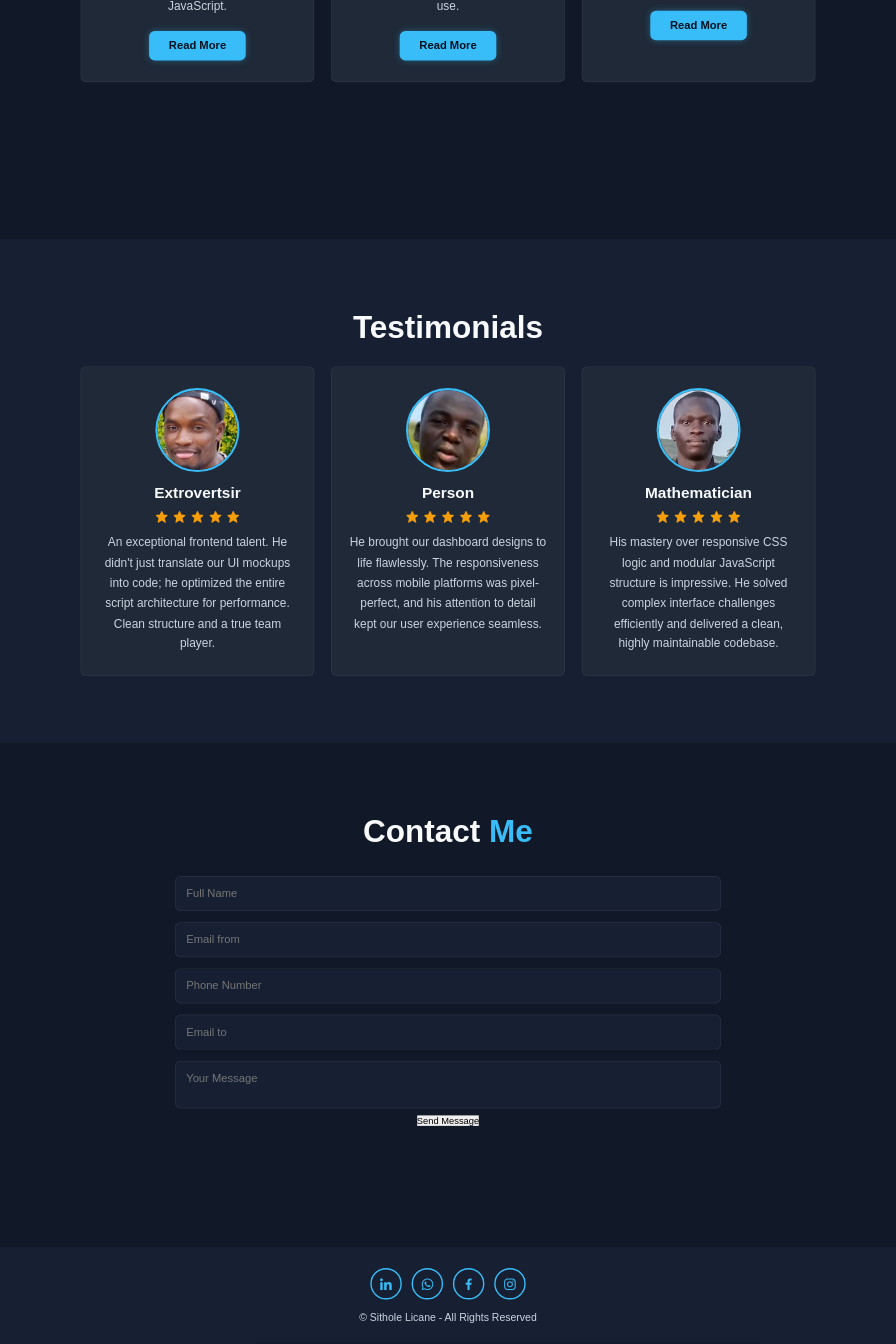
Repository: sitholelicane/myportfolio
Page: myweb.html
The author's editor kept a copy of each file at every save. The page is drawn from the files as they stood at one save, then again after the next save.
The browser window is 1280 px wide. The pictures show the part of the page from y = 1818 to 3738 px (the page is 3738 px tall), at 70% of full size.
Some web libraries are served in a nearby version.

Above is the page before, as saved 2026-05-17 00:58:10.

### myweb.html
<!DOCTYPE html>
<html lang="en">

<head>
    <meta charset="UTF-8">
    <meta name="viewport" content="width=device-width, initial-scale=1.0">
    <title>Sithole Licane - Portfolio</title>
    <link href="https://unpkg.com/boxicons@2.1.4/css/boxicons.min.css" rel="stylesheet">
    <link rel="stylesheet" href="style.css">
</head>

<body>
    <header class="header">
        <a href="#home" class="logo">Sithole <span>Licane</span></a>
        <i class="bx bx-menu" id="menu-icon"></i>

        <nav class="navbar">
            <a href="#home" class="active">Home</a>
            <a href="#about">About</a>
            <a href="#services">Services</a>
            <a href="#testimonial">Testimonial</a>
            <a href="#contact">Contact</a>
        </nav>
    </header>

    <section class="home" id="home">
        <div class="home-img">
            <img src="lee.jpeg" alt="Sithole Licane profile photo" onerror="this.style.display='none'">
        </div>

        <div class="home-content">
            <h3>Hello, Myself</h3>
            <h1>Sithole Licane</h1>
            <h3>And I'm a <span class="multiple-text"></span></h3>
            <p>I am a passionate developer dedicated to creating sleek, functional, and user-friendly web experiences. With a focus on modern design and clean code, I bring digital visions to life.</p>

            <div class="social-media">
                <a href="https://www.linkedin.com/in/licane-sithole" aria-label="LinkedIn"><i class="bx bxl-linkedin"></i></a>
                <a href="https://t.me/lemmarlyn" aria-label="Telegram"><i class="bx bxl-telegram"></i></a>
                <a href="https://www.facebook.com/profile.php?id=100095799840629" aria-label="Facebook"><i class="bx bxl-facebook"></i></a>
                <a href="https://www.instagram.com/lemmarlyn" aria-label="Instagram"><i class="bx bxl-instagram"></i></a>
                <a href="https://wa.me/263774661776" aria-label="WhatsApp"><i class="bx bxl-whatsapp"></i></a>
            </div>

            <a href="#" class="btn">Download CV</a>
        </div>
    </section>

    <section class="about" id="about">
        <div class="about-container">

    <div class="about-content">
        <h2>About <span>Me</span></h2>
        <h3>I'm a <span>Frontend Developer</span></h3>

        <p>
            I enjoy building clean, responsive websites that are simple to use and pleasant to look at.
            My goal is to keep improving my skills while helping people bring their ideas online.

            <span id="more-about" style="display: none;">
                <br><br>
                Currently pursuing my software development studies, I specialize in crafting interactive user interfaces with modern HTML, CSS layouts, and dynamic JavaScript logic. I'm also expanding my technical stack into full-stack architecture with PHP/MySQL and native mobile application engineering.
            </span>
        </p>

        <button id="btn-about" class="btn" onclick="toggleDetails('more-about', 'btn-about')">Read More</button>
    </div>
</div>

<script>
function toggleDetails(textId, buttonId) {
    var extraText = document.getElementById(textId);
    var clickedButton = document.getElementById(buttonId);

    if (extraText.style.display === "none") {
        extraText.style.display = "inline";     // Expands and shows info
        clickedButton.innerHTML = "Read Less";    // Updates button text
    } else {
        extraText.style.display = "none";       // Collapses and hides info
        clickedButton.innerHTML = "Read More";    // Resets button text
    }
}
</script>

        <div class="about-img">
            <img src="Profile1.jpeg" alt="About Sithole Licane" onerror="this.style.display='none'">
        </div>
    </section>

    <section class="services" id="services">
        <h2 class="heading">My <span>Services</span></h2>

        <div class="services-container">
           <div class="services-box">
    <i class="bx bx-code-alt"></i> <h3>Web Development</h3>
    <p>
        Building responsive, modern websites using HTML, CSS, and JavaScript.

        <span id="more-webdev" style="display: none;">
            <br><br>
            Creating production-ready web applications with clean architecture. Experienced in full-stack integration using PHP and MySQL database structures, front-end animations, semantic layouts, and optimizing platforms for speed across desktop and mobile devices.
        </span>
    </p>
    <button id="btn-webdev" class="btn" onclick="toggleDetails('more-webdev', 'btn-webdev')">Read More</button>
</div>

<div class="services-box">
    <i class="bx bx-palette"></i> <h3>UI/UX Design</h3>
    <p>
        Designing clean interfaces that are easy to understand and enjoyable to use.

        <span id="more-uiux" style="display: none;">
            <br><br>
            Focusing on user-centered design principles, wireframing, and building high-fidelity interactive prototypes. Specializing in visual hierarchy, accessibility standards, uniform color schemas, and translating complex user logic into clean, minimal user flows.
        </span>
    </p>
    <button id="btn-uiux" class="btn" onclick="toggleDetails('more-uiux', 'btn-uiux')">Read More</button>
</div>

<script>
function toggleDetails(textId, buttonId) {
    // 1. Target the specific elements passed by the button click
    var extraText = document.getElementById(textId);
    var clickedButton = document.getElementById(buttonId);

    // 2. Check visibility state and toggle accordingly
    if (extraText.style.display === "none") {
        extraText.style.display = "inline";     // Show info
        clickedButton.innerHTML = "Read Less";    // Change button text
    } else {
        extraText.style.display = "none";       // Hide info
        clickedButton.innerHTML = "Read More";    // Reset button text
    }
}
</script>

           <div class="services-box">
    <i class="bx bxl-android"></i>
    <h3>App Development</h3>

    <p>
        Creating simple app experiences with a focus on usability and performance.

        <span id="more-info" style="display: none;">
            <br><br>
            Specializing in building robust mobile applications using Java, Android Studio, and SQLite databases. Fully experienced in managing component lifecycles, optimizing background services, implementing responsive XML layouts, and handling local data storage effectively.
        </span>
    </p>

    <button id="read-more-btn" class="btn" onclick="toggleServiceDetails()">Read More</button>
</div>

<script>
function toggleServiceDetails() {
    var additionalText = document.getElementById("more-info");
    var buttonElement = document.getElementById("read-more-btn");

    if (additionalText.style.display === "none") {
        additionalText.style.display = "inline"; // Reveals the text
        buttonElement.innerHTML = "Read Less";    // Updates button text
    } else {
        additionalText.style.display = "none";   // Hides the text
        buttonElement.innerHTML = "Read More";   // Resets button text
    }
}
</script>
        </div>
    </section>

    <section class="testimonial" id="testimonial">
        <div class="testimonial-box">
            <h2 class="heading">Testimonials</h2>

            <div class="wrapper">
                <div class="testimonial-item">
                    <img src="extro.jpg" alt="Extrovertsir" onerror="this.style.display='none'">
                    <h2>Extrovertsir</h2>
                    <div class="rating" aria-label="5 star rating">
                        <i class="bx bxs-star"></i>
                        <i class="bx bxs-star"></i>
                        <i class="bx bxs-star"></i>
                        <i class="bx bxs-star"></i>
                        <i class="bx bxs-star"></i>
                    </div>
                    <p>An exceptional frontend talent. He didn't just translate our UI mockups into code; he optimized the entire script architecture for performance. Clean structure and a true team player.</p>
                </div>

                <div class="testimonial-item">
                    <img src="person.jpeg" alt="Person" onerror="this.style.display='none'">
                    <h2>Person</h2>
                    <div class="rating" aria-label="5 star rating">
                        <i class="bx bxs-star"></i>
                        <i class="bx bxs-star"></i>
                        <i class="bx bxs-star"></i>
                        <i class="bx bxs-star"></i>
                        <i class="bx bxs-star"></i>
                    </div>
                    <p>He brought our dashboard designs to life flawlessly. The responsiveness across mobile platforms was pixel-perfect, and his attention to detail kept our user experience seamless.</p>
                </div>

                <div class="testimonial-item">
                    <img src="jack.jpeg" alt="Mathematician" onerror="this.style.display='none'">
                    <h2>Mathematician</h2>
                    <div class="rating" aria-label="5 star rating">
                        <i class="bx bxs-star"></i>
                        <i class="bx bxs-star"></i>
                        <i class="bx bxs-star"></i>
                        <i class="bx bxs-star"></i>
                        <i class="bx bxs-star"></i>
                    </div>
                    <p>His mastery over responsive CSS logic and modular JavaScript structure is impressive. He solved complex interface challenges efficiently and delivered a clean, highly maintainable codebase.</p>
                </div>
            </div>
        </div>
    </section>

    <section class="contact" id="contact">
        <h2 class="heading">Contact <span>Me</span></h2>

    <form action="https://formspree.io/f/xaqkwekq" method="POST">

    <input type="text" name="name" placeholder="Full Name" required>
    <input type="email" name="email" placeholder="Email from" required>
    <input type="text" name="phone" placeholder="Phone Number">
    <input type="text" name="subject" placeholder="Email to">

    <textarea name="message" placeholder="Your Message" required></textarea>

    <button type="submit">Send Message</button>
</form>
    </section>

    <footer class="footer">
        <div class="social">
            <a href="https://www.linkedin.com/in/licane-sithole" aria-label="LinkedIn"><i class="bx bxl-linkedin"></i></a>
            <a href="https://wa.me/263774661776" aria-label="WhatsApp"><i class="bx bxl-whatsapp"></i></a>
            <a href="https://www.facebook.com/profile.php?id=100095799840629" aria-label="Facebook"><i class="bx bxl-facebook"></i></a>
            <a href="https://www.instagram.com/lemmarlyn" aria-label="Instagram"><i class="bx bxl-instagram"></i></a>
        </div>
        <p class="copyright">&copy; Sithole Licane - All Rights Reserved</p>
    </footer>

    <script src="https://unpkg.com/typed.js@2.1.0/dist/typed.umd.js"></script>
    <script src="script.js"></script>
</body>

</html>

### style.css
* {
    box-sizing: border-box;
    margin: 0;
    padding: 0;
    scroll-behavior: smooth;
    text-decoration: none;
    border: none;
    outline: none;
    font-family: Arial, Helvetica, sans-serif;
}

:root {
    --bg-color: #111827;
    --second-bg-color: #172033;
    --text-color: #f8fafc;
    --main-color: #38bdf8;
    --accent-color: #f59e0b;
    --muted-color: #cbd5e1;
    --card-color: #1f2937;
}

html {
    font-size: 62.5%;
    overflow-x: hidden;
}

body {
    background: var(--bg-color);
    color: var(--text-color);
}

section {
    min-height: 100vh;
    padding: 10rem 9% 5rem;
}

.header {
    align-items: center;
    background: rgba(17, 24, 39, 0.94);
    display: flex;
    justify-content: space-between;
    left: 0;
    padding: 2rem 9%;
    position: fixed;
    top: 0;
    width: 100%;
    z-index: 100;
}

.logo {
    color: var(--text-color);
    cursor: default;
    font-size: 2.6rem;
    font-weight: 700;
}

span,
.logo span {
    color: var(--main-color);
}

.navbar a {
    color: var(--text-color);
    font-size: 1.7rem;
    font-weight: 600;
    margin-left: 3.5rem;
    transition: 0.3s ease;
}

.navbar a:hover,
.navbar a.active {
    color: var(--main-color);
}

#menu-icon {
    color: var(--text-color);
    cursor: pointer;
    display: none;
    font-size: 3.6rem;
}

.home {
    align-items: center;
    display: flex;
    gap: 6rem;
    justify-content: center;
}

.home-img,
.about-img {
    align-items: center;
    aspect-ratio: 1;
    background: linear-gradient(135deg, var(--main-color), var(--accent-color));
    border-radius: 50%;
    display: flex;
    flex: 0 0 34rem;
    justify-content: center;
    max-width: 34rem;
    overflow: hidden;
}

.home-img img,
.about-img img,
.testimonial-item img {
    height: 100%;
    object-fit: cover;
    width: 100%;
}

.home-img img[src],
.about-img img[src],
.testimonial-item img[src] {
    background: var(--card-color);
}

.home-content {
    max-width: 68rem;
}

.home-content h3 {
    font-size: 3.2rem;
    font-weight: 700;
}

.home-content h1 {
    font-size: 5.6rem;
    font-weight: 700;
    line-height: 1.15;
}

.home-content p,
.about-content p,
.services-box p,
.testimonial-item p {
    color: var(--muted-color);
    font-size: 1.7rem;
    line-height: 1.7;
}

.social-media {
    display: flex;
    flex-wrap: wrap;
    gap: 1.4rem;
    margin: 3rem 0;
}

.social-media a,
.social a {
    align-items: center;
    border: 0.2rem solid var(--main-color);
    border-radius: 50%;
    color: var(--main-color);
    display: inline-flex;
    font-size: 2.2rem;
    height: 4.5rem;
    justify-content: center;
    transition: 0.3s ease;
    width: 4.5rem;
}

.social-media a:hover,
.social a:hover {
    background: var(--main-color);
    color: var(--bg-color);
    transform: translateY(-0.4rem);
}

.btn {
    background: var(--main-color);
    border-radius: 0.8rem;
    box-shadow: 0 0 1rem rgba(56, 189, 248, 0.35);
    color: #06111f;
    display: inline-block;
    font-size: 1.6rem;
    font-weight: 700;
    letter-spacing: 0;
    padding: 1.2rem 2.8rem;
    transition: 0.3s ease;
}

.btn:hover {
    background: var(--accent-color);
    box-shadow: 0 0 1.5rem rgba(245, 158, 11, 0.38);
    transform: translateY(-0.2rem);
}

.about {
    align-items: center;
    background: var(--second-bg-color);
    display: flex;
    flex-direction: row-reverse;
    gap: 6rem;
    justify-content: center;
}

.heading {
    font-size: 4.5rem;
    margin-bottom: 3rem;
    text-align: center;
}

.about-content {
    max-width: 68rem;
}

.about-content .heading {
    text-align: left;
}

.about-content h3 {
    font-size: 2.6rem;
    margin-bottom: 1.5rem;
}

.about-content .btn {
    margin-top: 2.5rem;
}

.services-container {
    display: grid;
    gap: 2.4rem;
    grid-template-columns: repeat(3, minmax(0, 1fr));
}

.services-box,
.testimonial-item {
    background: var(--card-color);
    border: 0.1rem solid rgba(255, 255, 255, 0.08);
    border-radius: 0.8rem;
    padding: 3rem 2.4rem;
    text-align: center;
    transition: 0.3s ease;
}

.services-box:hover,
.testimonial-item:hover {
    border-color: var(--main-color);
    transform: translateY(-0.6rem);
}

.services-box i {
    color: var(--main-color);
    font-size: 5rem;
}

.services-box h3 {
    font-size: 2.4rem;
    margin: 1.5rem 0 1rem;
}

.services-box .btn {
    margin-top: 2rem;
}

.testimonial {
    background: var(--second-bg-color);
}

.wrapper {
    display: grid;
    gap: 2.4rem;
    grid-template-columns: repeat(3, minmax(0, 1fr));
}

.testimonial-item img {
    border: 0.3rem solid var(--main-color);
    border-radius: 50%;
    height: 12rem;
    margin-bottom: 1.5rem;
    width: 12rem;
}

.testimonial-item h2 {
    font-size: 2.2rem;
}

.rating {
    color: var(--accent-color);
    font-size: 2rem;
    margin: 1rem 0;
}

.contact form {
    margin: 0 auto;
    max-width: 78rem;
    text-align: center;
}

.input-box {
    display: flex;
    gap: 1.6rem;
    justify-content: space-between;
}

.contact form input,
.contact form textarea {
    background: var(--second-bg-color);
    border: 0.1rem solid rgba(255, 255, 255, 0.08);
    border-radius: 0.8rem;
    color: var(--text-color);
    font-size: 1.6rem;
    margin: 0.8rem 0;
    padding: 1.5rem;
    width: 100%;
}

.contact form textarea {
    resize: none;
}

.footer {
    align-items: center;
    background: var(--second-bg-color);
    display: flex;
    flex-direction: column;
    gap: 1.6rem;
    padding: 3rem 9%;
    text-align: center;
}

.social {
    display: flex;
    gap: 1.4rem;
}

.copyright {
    color: var(--muted-color);
    font-size: 1.5rem;
}

@media (max-width: 991px) {
    .header {
        padding: 2rem 4%;
    }

    section {
        padding: 10rem 4% 5rem;
    }

    .home,
    .about {
        gap: 4rem;
    }
}

@media (max-width: 768px) {
    #menu-icon {
        display: block;
    }

    .navbar {
        background: var(--second-bg-color);
        border-top: 0.1rem solid rgba(255, 255, 255, 0.08);
        display: none;
        left: 0;
        padding: 1rem 4%;
        position: absolute;
        top: 100%;
        width: 100%;
    }

    .navbar.active {
        display: block;
    }

    .navbar a {
        display: block;
        margin: 2rem 0;
    }

    .home,
    .about {
        flex-direction: column;
        text-align: center;
    }

    .about-content .heading {
        text-align: center;
    }

    .home-img,
    .about-img {
        flex-basis: 26rem;
        max-width: 26rem;
    }

    .home-content h1 {
        font-size: 4.2rem;
    }

    .home-content h3 {
        font-size: 2.5rem;
    }

    .social-media {
        justify-content: center;
    }

    .services-container,
    .wrapper {
        grid-template-columns: 1fr;
    }

    .input-box {
        flex-direction: column;
        gap: 0;
    }
}

@media (max-width: 450px) {
    html {
        font-size: 55%;
    }

    .heading {
        font-size: 3.8rem;
    }
}

### script.js
const menuIcon = document.querySelector("#menu-icon");
const navbar = document.querySelector(".navbar");
const navLinks = document.querySelectorAll(".navbar a");

menuIcon.addEventListener("click", () => {
    menuIcon.classList.toggle("bx-x");
    navbar.classList.toggle("active");
});

navLinks.forEach((link) => {
    link.addEventListener("click", () => {
        menuIcon.classList.remove("bx-x");
        navbar.classList.remove("active");
    });
});

window.addEventListener("scroll", () => {
    const sections = document.querySelectorAll("section");
    const scrollPosition = window.scrollY + 120;

    sections.forEach((section) => {
        const top = section.offsetTop;
        const height = section.offsetHeight;
        const id = section.getAttribute("id");
        const matchingLink = document.querySelector(`.navbar a[href="#${id}"]`);

        if (scrollPosition >= top && scrollPosition < top + height) {
            navLinks.forEach((link) => link.classList.remove("active"));
            matchingLink?.classList.add("active");
        }
    });
});

if (window.Typed) {
    new Typed(".multiple-text", {
        strings: ["Frontend Developer", "Web Designer", "App Developer"],
        typeSpeed: 90,
        backSpeed: 70,
        backDelay: 1200,
        loop: true
    });
} else {
    document.querySelector(".multiple-text").textContent = "Frontend Developer";
}
function toggleText() {
    // Get references to the text and the button
    var moreText = document.getElementById("more-text");
    var btnText = document.getElementById("read-more-btn");

    // Check if the extra text is currently hidden
    if (moreText.style.display === "none") {
        moreText.style.display = "inline"; // Show the hidden text
        btnText.innerHTML = "Read Less";    // Change button label
    } else {
        moreText.style.display = "none";   // Hide the text again
        btnText.innerHTML = "Read More";   // Revert button label
    }
}

After the next save:
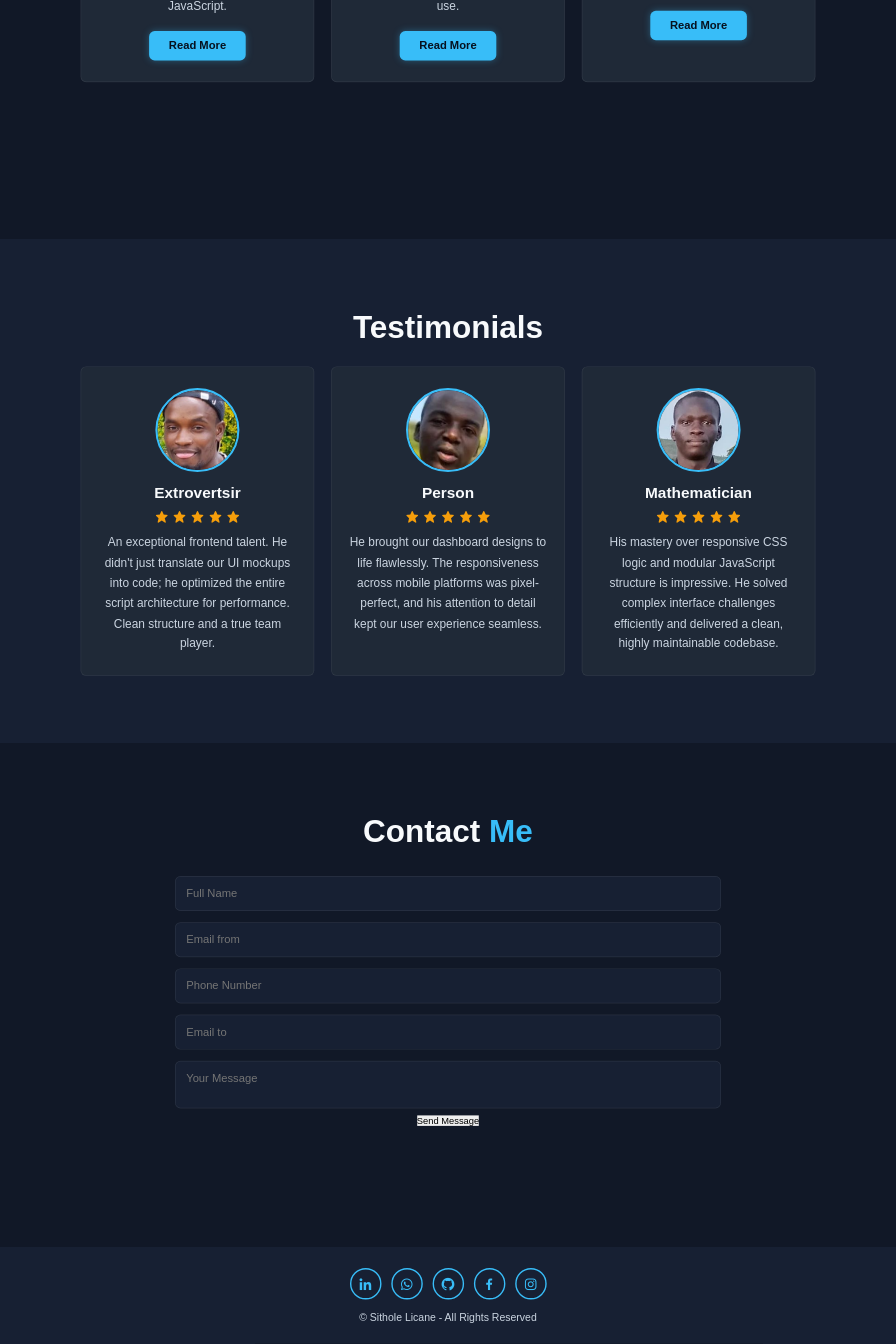
Saved 10 h 7 min later.
--- a/myweb.html
+++ b/myweb.html
@@ -234,6 +234,7 @@ function toggleServiceDetails() {
         <div class="social">
             <a href="https://www.linkedin.com/in/licane-sithole" aria-label="LinkedIn"><i class="bx bxl-linkedin"></i></a>
             <a href="https://wa.me/263774661776" aria-label="WhatsApp"><i class="bx bxl-whatsapp"></i></a>
+             <a href="https://github.com/sitholelicane" aria-label="Github"><i class="bx bxl-github"></i></a>
             <a href="https://www.facebook.com/profile.php?id=100095799840629" aria-label="Facebook"><i class="bx bxl-facebook"></i></a>
             <a href="https://www.instagram.com/lemmarlyn" aria-label="Instagram"><i class="bx bxl-instagram"></i></a>
         </div>
